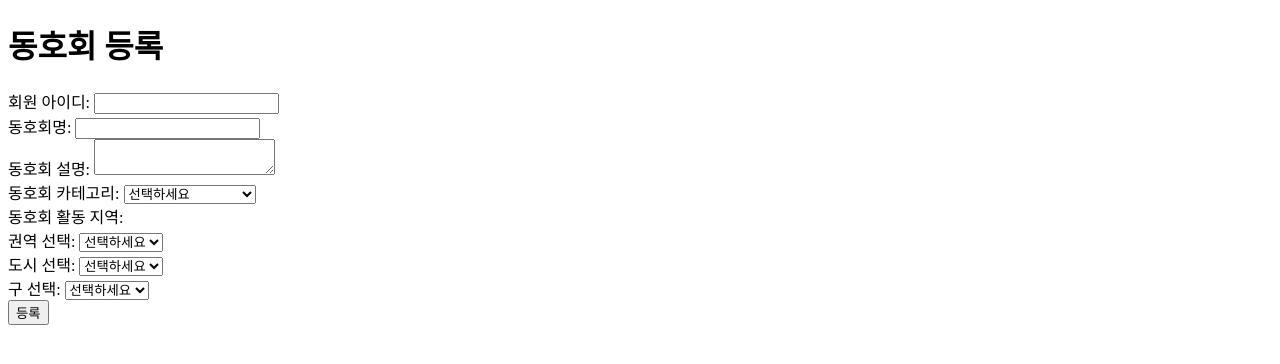
Repository: HB1112/cloud
Page: http://localhost/Solocare/WEB-INF/views/club/clubregist.jsp
These files come from the project's save history. The page is drawn as it stood at one moment and after a run of saves; the edit follows.
The browser window is 1280 px wide. The pictures show the whole page.
The page is served by Tomcat 9. Nobody is signed in. Other server files are loaded and not shown. The template is opened directly, without the code that normally fills it, so the values that code supplies are empty.

Above is the page before, as saved 2024-12-16 03:31:26.

### Solocare/src/main/webapp/WEB-INF/views/club/clubregist.jsp
<%@ page language="java" contentType="text/html; charset=UTF-8" pageEncoding="UTF-8"%>
<!DOCTYPE html>
<html>
<head>
    <meta charset="UTF-8">
    <title>동호회 등록</title>
    <script src="https://code.jquery.com/jquery-3.5.1.min.js"></script>
</head>
<body>
    <h1>동호회 등록</h1>
    <form name="newClub" action="regist" method="post">
        <div>
            <label>회원 아이디:</label>
            <input name="clubLeader" type="text" value="${mem.id}" readonly>
        </div>
        <div>
            <label>동호회명:</label>
            <input name="clubName" type="text" required>
        </div>
        <div>
            <label>동호회 설명:</label>
            <textarea name="clubDescription" required></textarea>
        </div>
        <div>
            <label for="clubCategory">동호회 카테고리:</label>
            <select name="clubCategory" id="clubCategory" required>
                <option value="">선택하세요</option>
                <option value="스포츠 및 e스포츠">스포츠 및 e스포츠</option>
                <option value="자기개발">자기개발</option>
                <option value="봉사 및 사회적 활동">봉사 및 사회적 활동</option>
                <option value="문화 및 예술">문화 및 예술</option>
                <option value="여행 및 탐험">여행 및 탐험</option>
            </select>
        </div>
        <div>
            <label>동호회 활동 지역:</label>
            <div>
                <label for="addressRegion">권역 선택:</label>
                <select name="addressRegion" id="addressRegion" required>
                    <option value="">선택하세요</option>
                </select>
            </div>
            <div>
                <label for="addressCity">도시 선택:</label>
                <select name="addressCity" id="addressCity" required>
                    <option value="">선택하세요</option>
                </select>
            </div>
            <div>
                <label for="addressDistrict">구 선택:</label>
                <select name="addressDistrict" id="addressDistrict" required>
                    <option value="">선택하세요</option>
                </select>
            </div>
        </div>
        <div>
            <button type="submit">등록</button>
        </div>
    </form>
</body>
<script type="text/javascript">
$('document').ready(function() {
	 var area0 = ["시/도 선택","서울특별시","인천광역시","대전광역시","광주광역시","대구광역시","울산광역시","부산광역시","경기도","강원도","충청북도","충청남도","전라북도","전라남도","경상북도","경상남도","제주도"];
	  var area1 = ["강남구","강동구","강북구","강서구","관악구","광진구","구로구","금천구","노원구","도봉구","동대문구","동작구","마포구","서대문구","서초구","성동구","성북구","송파구","양천구","영등포구","용산구","은평구","종로구","중구","중랑구"];
	   var area2 = ["계양구","남구","남동구","동구","부평구","서구","연수구","중구","강화군","옹진군"];
	   var area3 = ["대덕구","동구","서구","유성구","중구"];
	   var area4 = ["광산구","남구","동구",     "북구","서구"];
	   var area5 = ["남구","달서구","동구","북구","서구","수성구","중구","달성군"];
	   var area6 = ["남구","동구","북구","중구","울주군"];
	   var area7 = ["강서구","금정구","남구","동구","동래구","부산진구","북구","사상구","사하구","서구","수영구","연제구","영도구","중구","해운대구","기장군"];
	   var area8 = ["고양시","과천시","광명시","광주시","구리시","군포시","김포시","남양주시","동두천시","부천시","성남시","수원시","시흥시","안산시","안성시","안양시","양주시","오산시","용인시","의왕시","의정부시","이천시","파주시","평택시","포천시","하남시","화성시","가평군","양평군","여주군","연천군"];
	   var area9 = ["강릉시","동해시","삼척시","속초시","원주시","춘천시","태백시","고성군","양구군","양양군","영월군","인제군","정선군","철원군","평창군","홍천군","화천군","횡성군"];
	   var area10 = ["제천시","청주시","충주시","괴산군","단양군","보은군","영동군","옥천군","음성군","증평군","진천군","청원군"];
	   var area11 = ["계룡시","공주시","논산시","보령시","서산시","아산시","천안시","금산군","당진군","부여군","서천군","연기군","예산군","청양군","태안군","홍성군"];
	   var area12 = ["군산시","김제시","남원시","익산시","전주시","정읍시","고창군","무주군","부안군","순창군","완주군","임실군","장수군","진안군"];
	   var area13 = ["광양시","나주시","목포시","순천시","여수시","강진군","고흥군","곡성군","구례군","담양군","무안군","보성군","신안군","영광군","영암군","완도군","장성군","장흥군","진도군","함평군","해남군","화순군"];
	   var area14 = ["경산시","경주시","구미시","김천시","문경시","상주시","안동시","영주시","영천시","포항시","고령군","군위군","봉화군","성주군","영덕군","영양군","예천군","울릉군","울진군","의성군","청도군","청송군","칠곡군"];
	   var area15 = ["거제시","김해시","마산시","밀양시","사천시","양산시","진주시","진해시","창원시","통영시","거창군","고성군","남해군","산청군","의령군","창녕군","하동군","함안군","함양군","합천군"];
	   var area16 = ["서귀포시","제주시","남제주군","북제주군"];



	 // 시/도 선택 박스 초기화

	 $("select[name^=sido]").each(function() {
	  $selsido = $(this);
	  $.each(eval(area0), function() {
	   $selsido.append("<option value='"+this+"'>"+this+"</option>");
	  });
	  $selsido.next().append("<option value=''>구/군 선택</option>");
	 });



	 // 시/도 선택시 구/군 설정

	 $("select[name^=sido]").change(function() {
	  var area = "area"+$("option",$(this)).index($("option:selected",$(this))); // 선택지역의 구군 Array
	  var $gugun = $(this).next(); // 선택영역 군구 객체
	  $("option",$gugun).remove(); // 구군 초기화

	  if(area == "area0")
	   $gugun.append("<option value=''>구/군 선택</option>");
	  else {
	   $.each(eval(area), function() {
	    $gugun.append("<option value='"+this+"'>"+this+"</option>");
	   });
	  }
	 });


	});
</script>
</html>

After the next 2 saves:
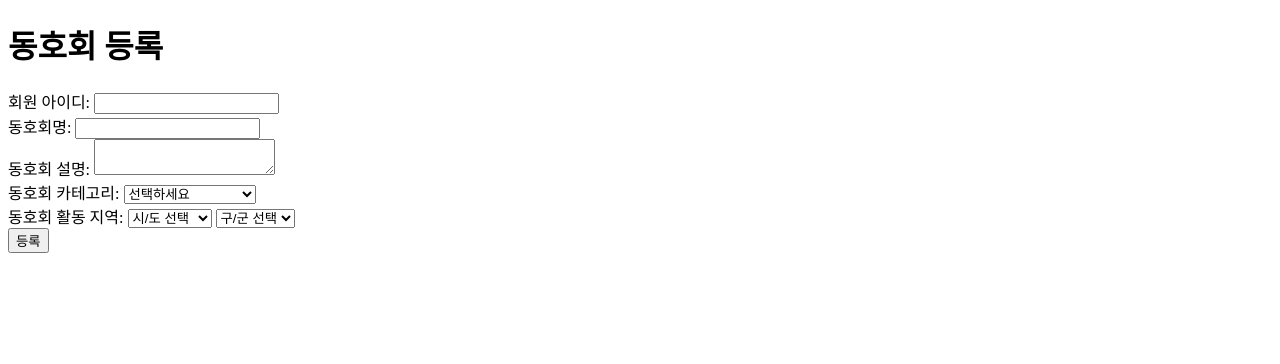
The 2 saves are shown as one change because they came seconds apart.
The last was saved 22 s later.
--- a/Solocare/src/main/webapp/WEB-INF/views/club/clubregist.jsp
+++ b/Solocare/src/main/webapp/WEB-INF/views/club/clubregist.jsp
@@ -34,24 +34,8 @@
         </div>
         <div>
             <label>동호회 활동 지역:</label>
-            <div>
-                <label for="addressRegion">권역 선택:</label>
-                <select name="addressRegion" id="addressRegion" required>
-                    <option value="">선택하세요</option>
-                </select>
-            </div>
-            <div>
-                <label for="addressCity">도시 선택:</label>
-                <select name="addressCity" id="addressCity" required>
-                    <option value="">선택하세요</option>
-                </select>
-            </div>
-            <div>
-                <label for="addressDistrict">구 선택:</label>
-                <select name="addressDistrict" id="addressDistrict" required>
-                    <option value="">선택하세요</option>
-                </select>
-            </div>
+            <select name="sido1" id="sido1"></select>
+			<select name="gugun1" id="gugun1"></select>
         </div>
         <div>
             <button type="submit">등록</button>
